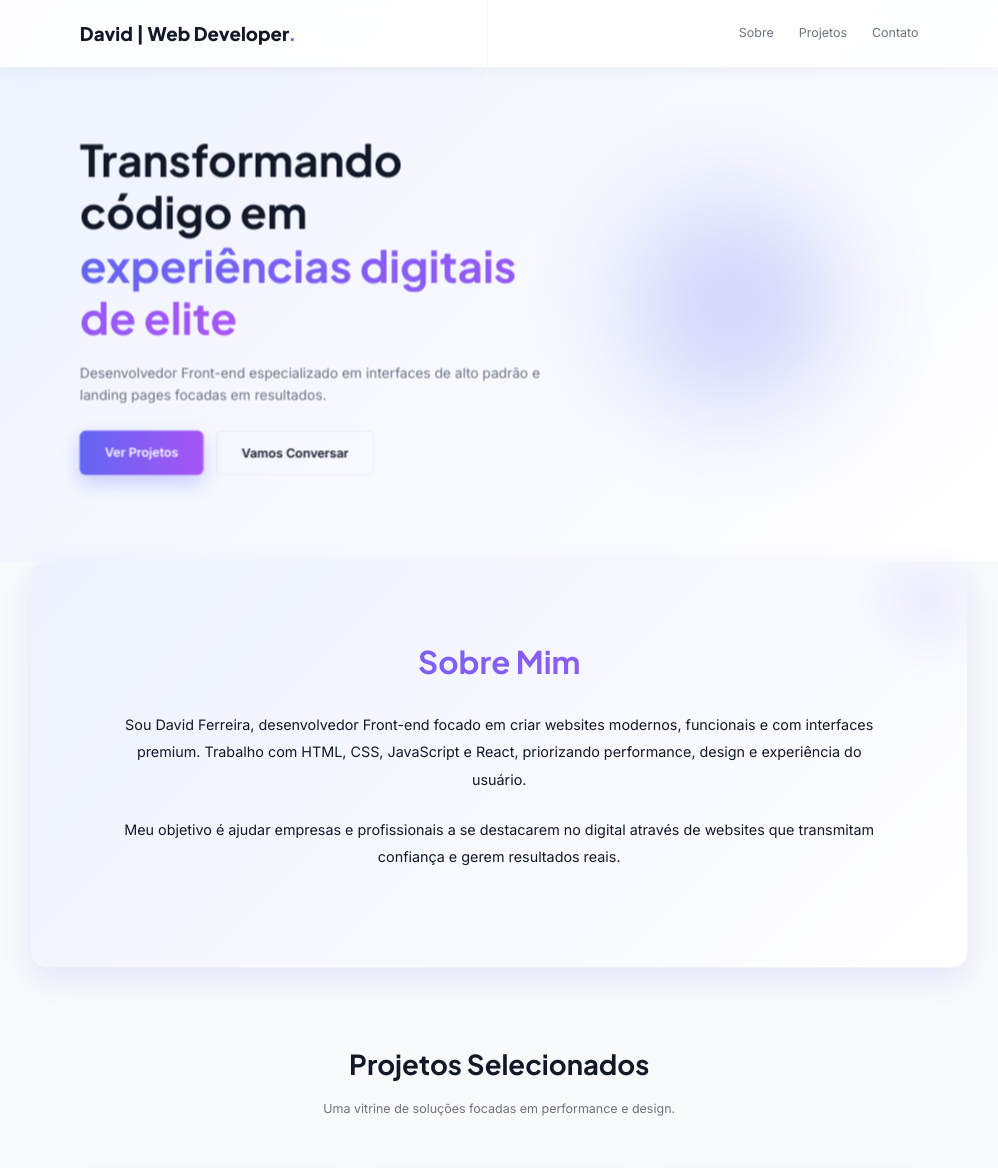
Repository: davidfsillva/David_Ferreira
Page: index.html
These files come from the project's save history. The page is drawn as it stood at one moment and after the next save; the edit follows.
The browser window is 1280 px wide. The pictures show the part of the page from y = 0 to 1498 px (the page is 2824 px tall before and 2877 px after), at 78% of full size.
Pictures or frames that could not be fetched are drawn as grey boxes.

Above is the page before, as saved 2026-02-11 12:04:45.
Console error: TypeError: Cannot read properties of null (reading 'addEventListener')

After the next save:
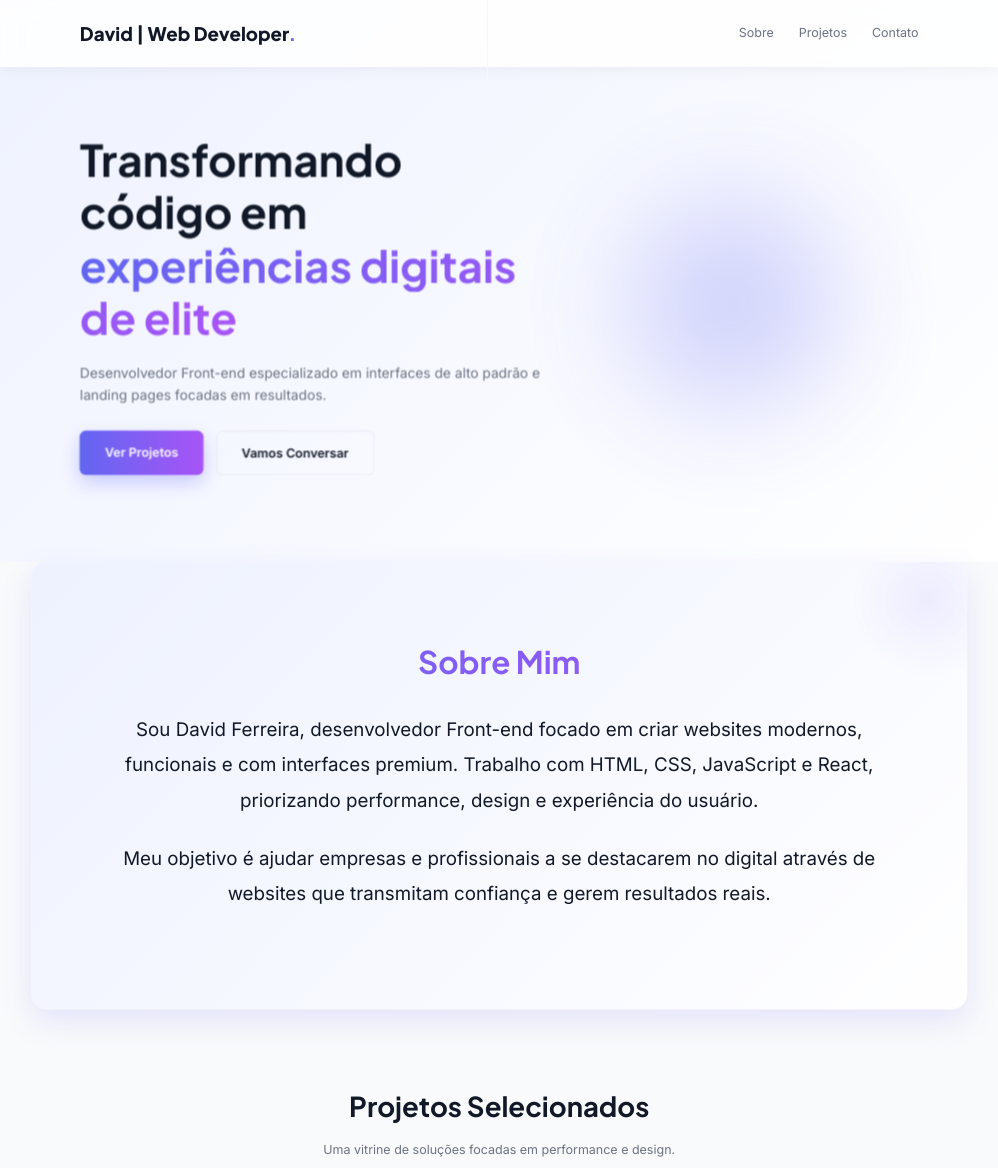
Saved 8 s later.
--- a/style.css
+++ b/style.css
@@ -242,7 +242,7 @@ body {
 }
 
 #about p {
-  font-size: 1.15rem;
+  font-size: 1.5rem;
   line-height: 1.9;
   color: var(--text-dark);
   margin-bottom: 1.8rem;
